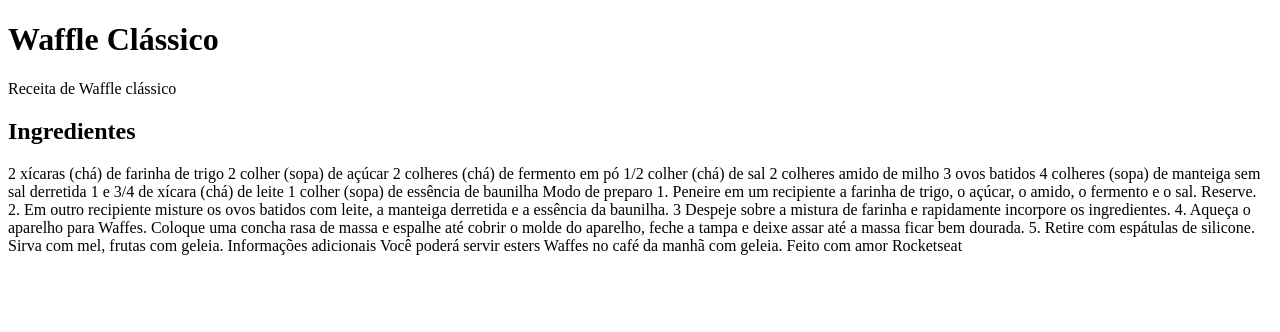
Repository: mferoc/MentoriaMais1CodeG7
Page: desafios-rocketseat-discover/Pagina_de_Receita/Página de Receita/index.html
These files come from the project's save history. The page is drawn as it stood at one moment and after the next save; the edit follows.
The browser window is 1280 px wide. The pictures show the whole page.

Above is the page before, as saved 2022-06-29 20:16:50.

After the next save:
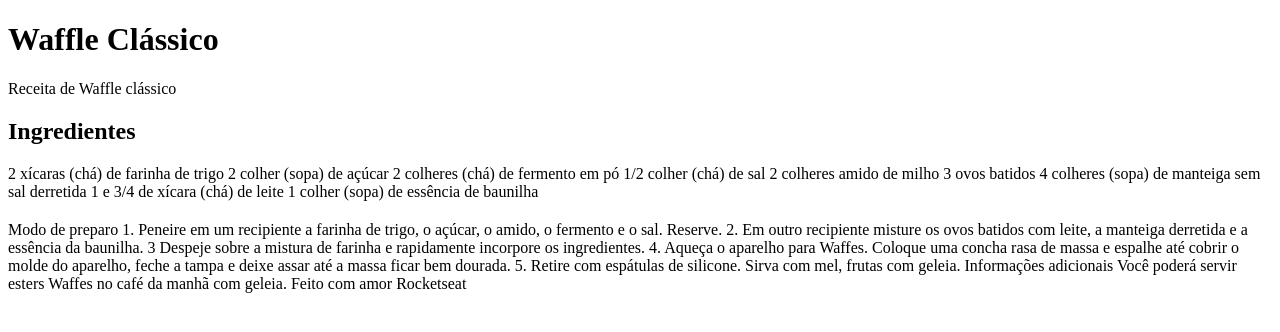
Saved 37 s later.
--- a/desafios-rocketseat-discover/Pagina_de_Receita/Página de Receita/index.html
+++ b/desafios-rocketseat-discover/Pagina_de_Receita/Página de Receita/index.html
@@ -24,7 +24,7 @@
 1 e 3/4 de xícara (chá) de leite
 1 colher (sopa) de essência de baunilha
 
-Modo de preparo
+<h2></h2>Modo de preparo
 
 1. Peneire em um recipiente a farinha de trigo, o açúcar, o amido, o fermento e o sal. Reserve.
 2. Em outro recipiente misture os ovos batidos com leite, a manteiga derretida e a essência da baunilha.
